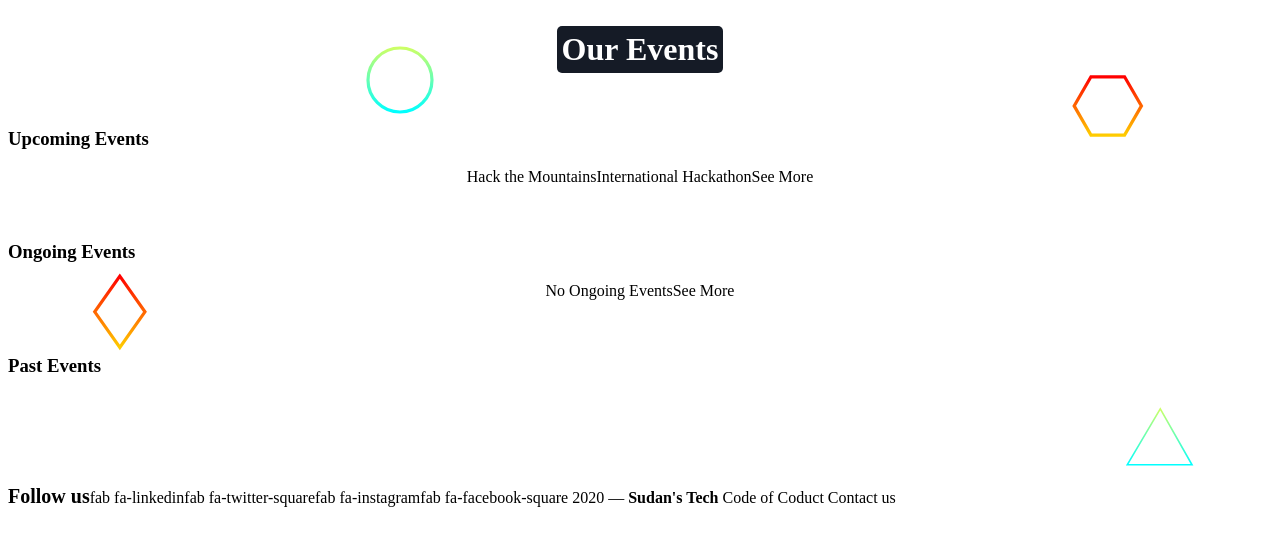
Repository: Sudan-s-Tech/Sudans-Tech
Page: /events
An editor plug-in stored every save of this project. The page is shown before and after the next save, followed by the edit.
The browser window is 1280 px wide. The pictures show the whole page.
The project was rebuilt for these pictures with package versions that can differ from the ones it lists, and the page was loaded fresh each time. The framework's server and built-in components were replaced by stand-ins that run in the browser. Also part of the build but not shown: layouts/error.vue.

Above is the page before, as saved 2020-07-31 23:13:23.

After the next save:
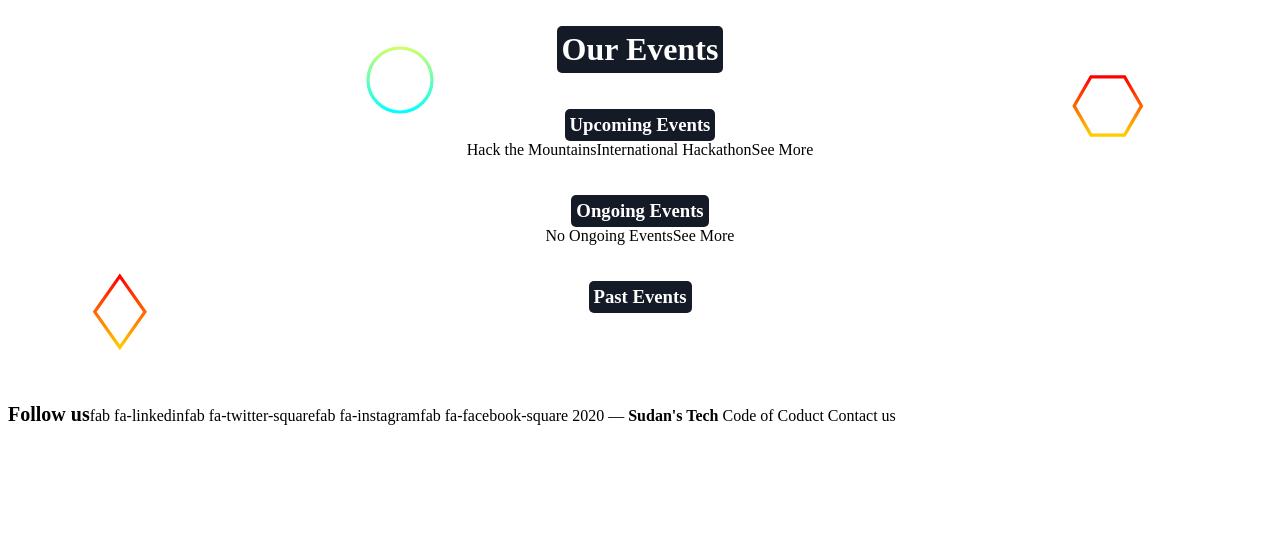
Saved 12 s later.
--- a/pages/events/index.vue
+++ b/pages/events/index.vue
@@ -44,7 +44,7 @@ background-attachment: fixed;
 background-size: cover;
 }
 
-h4,h1{
+h3,h1{
     display: table; /* keep the background color wrapped tight */
     margin: 0px auto 0px auto; /* keep the table centered */
     padding:5px;
